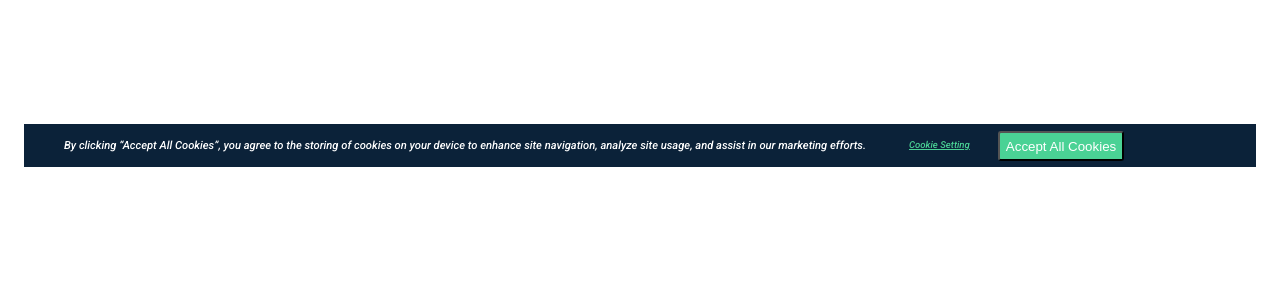
Repository: batonAnton/cursor_cookies_lectr3
Page: index.html
The author's editor kept a copy of each file at every save. The page is drawn from the files as they stood at one save, then again after the next save.
The browser window is 1280 px wide. The pictures show the whole page.

Above is the page before, as saved 2022-06-01 11:21:42.

After the next save:
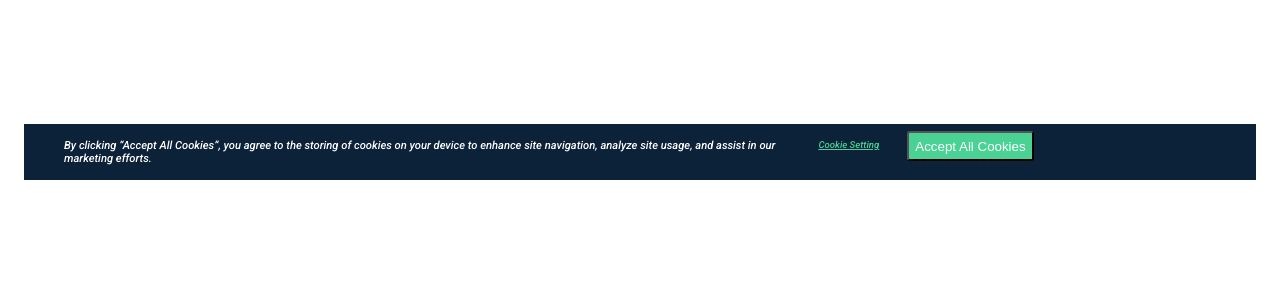
Saved 3 min 52 s later.
--- a/index.html
+++ b/index.html
@@ -13,7 +13,7 @@
 <body>
     <div class="container">
         <div class="banner_1">
-            <p>By clicking “Accept All Cookies”, you agree to the storing of cookies on your device to enhance site navigation, analyze site usage, and assist in our marketing efforts.</p>
+            <p>By clicking “Accept All Cookies”, you agree to the storing of cookies on your device to enhance site navigation, analyze site usage, and assist in our <br> marketing efforts.</p>
 
             <a href="#">cookie setting</a>
 
